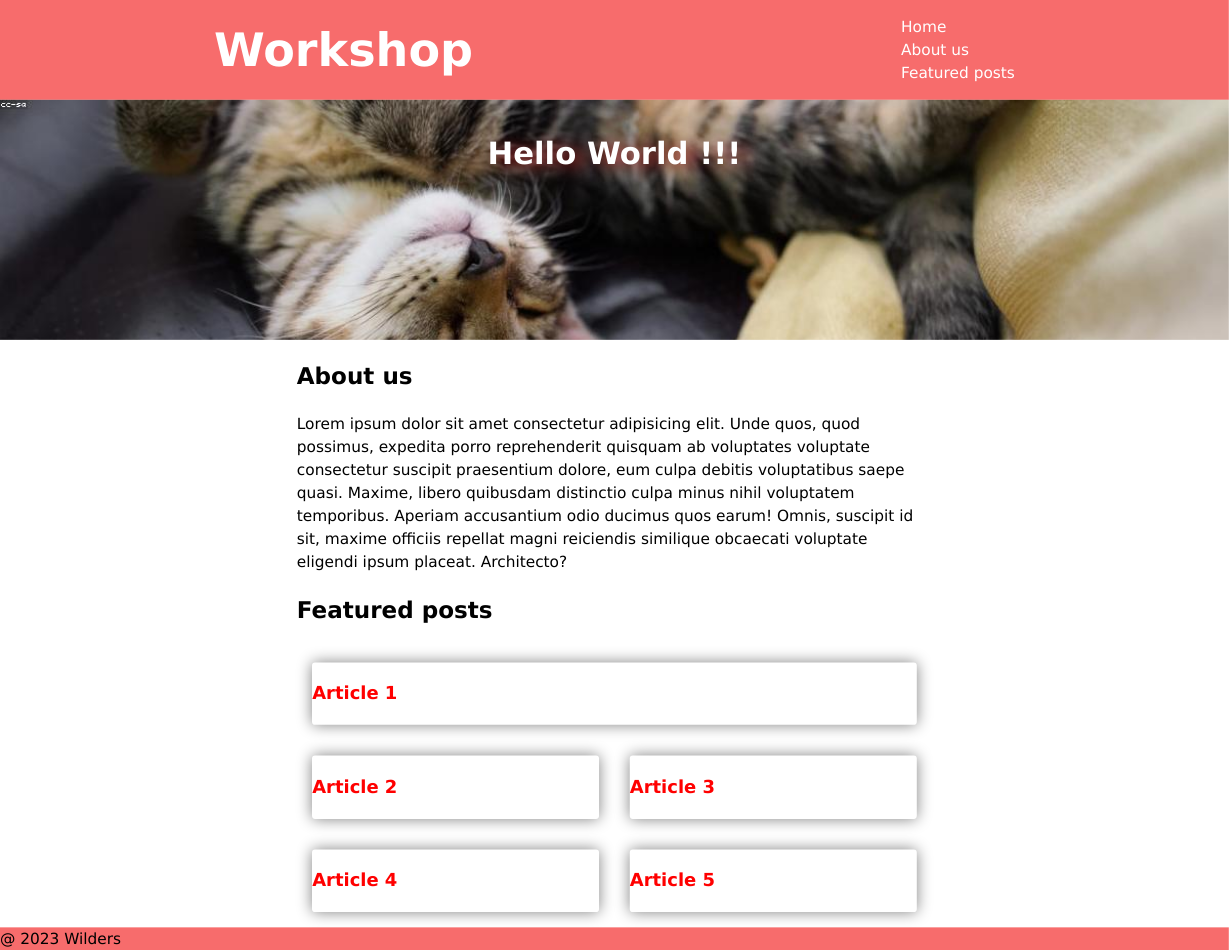
Repository: PPaillard/cssresponsive
Page: index.html
An editor plug-in stored every save of this project. The page is shown before and after the next save, followed by the edit.
The browser window is 1280 px wide. The pictures show the whole page, at 96% of full size.

Above is the page before, as saved 2023-03-03 15:04:34.

After the next save:
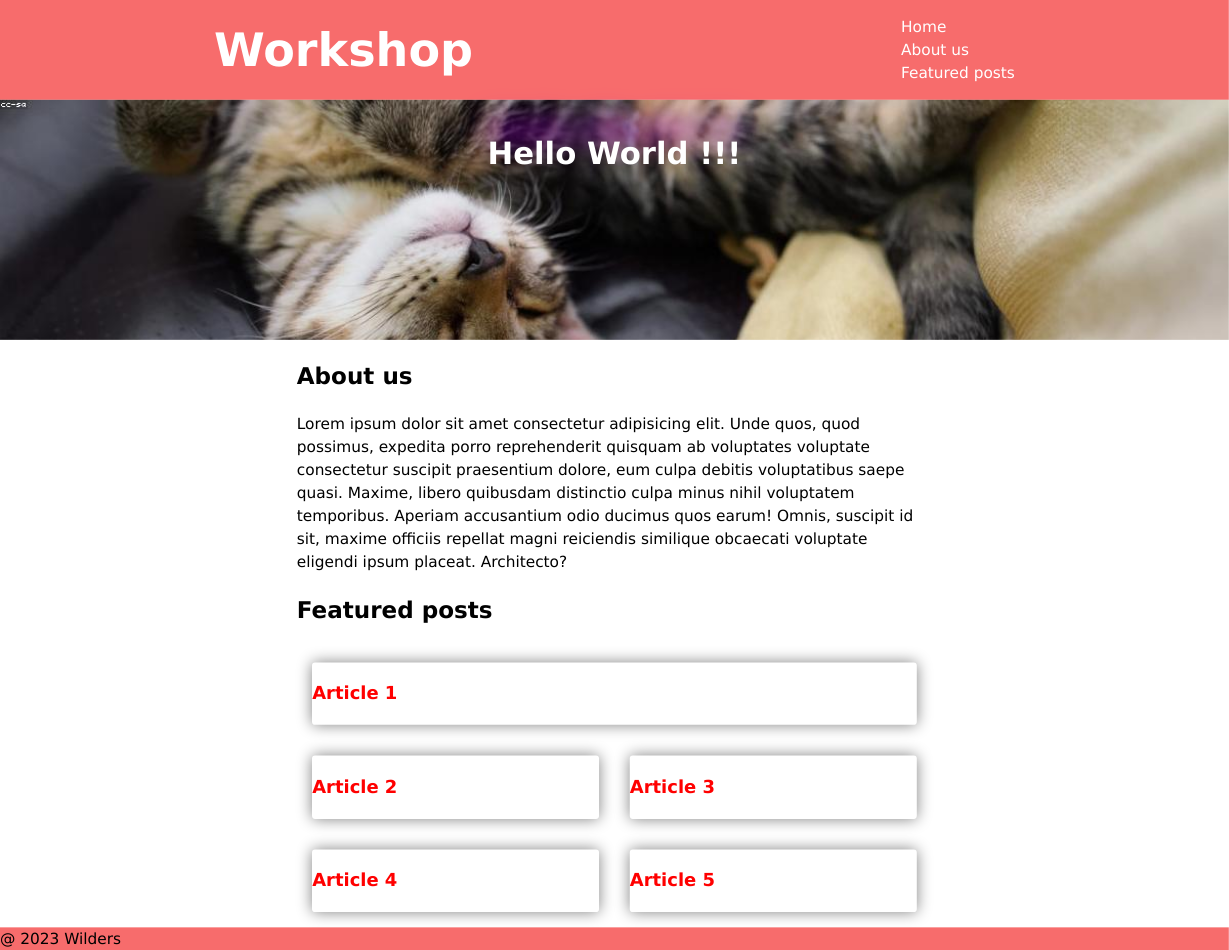
Saved 48 s later.
--- a/style.css
+++ b/style.css
@@ -49,7 +49,7 @@ header h1 {
   color: white;
   margin: 0;
   padding-top: 2rem;
-  filter: drop-shadow(10px 3px 8px #9b2626);
+  filter: drop-shadow(0 -6mm 4mm rgb(160, 0, 210));
 }
 
 section {
